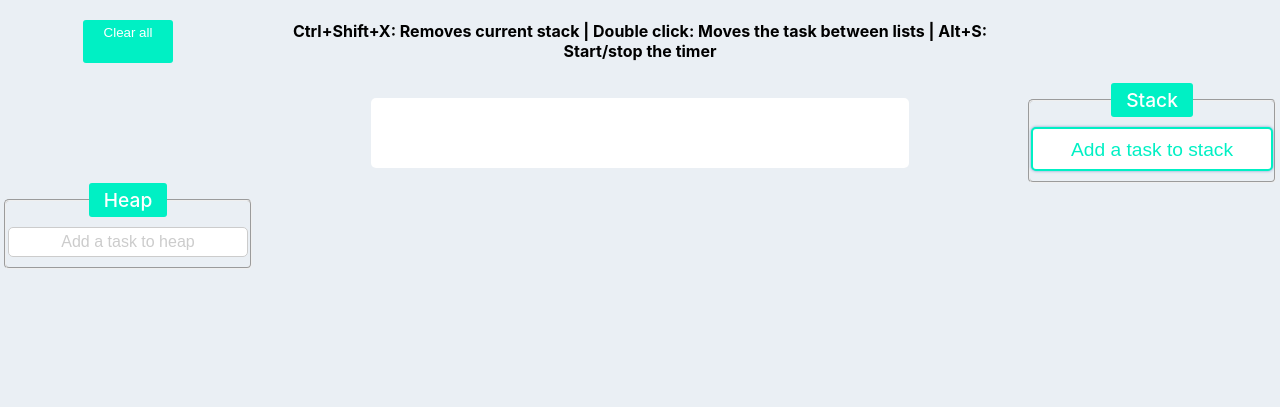
Repository: litalsh/meeting_v1
Page: /
The author's editor kept a copy of each file at every save. The page is drawn from the files as they stood at one save, then again after the next save.
The browser window is 1280 px wide. The pictures show the whole page.
The project was rebuilt for these pictures with package versions that can differ from the ones it lists, and the page was loaded fresh each time. Also part of the build but not shown: src/Task.js.

Above is the page before, as saved 2020-12-13 19:14:57.

### public/index.html
<!DOCTYPE html>
<html lang="en">
  <head>
    <meta charset="utf-8" />
    <meta name="viewport" content="width=device-width, initial-scale=1" />
    <meta name="theme-color" content="#000000" />
    <meta
      name="description"
      content="Web site created using create-react-app"
    />
    <link rel="apple-touch-icon" href="%PUBLIC_URL%/logo192.png" />
    <!--
      manifest.json provides metadata used when your web app is installed on a
      user's mobile device or desktop. See https://developers.google.com/web/fundamentals/web-app-manifest/
    -->
    <link rel="manifest" href="%PUBLIC_URL%/manifest.json" />
    <!--
      Notice the use of %PUBLIC_URL% in the tags above.
      It will be replaced with the URL of the `public` folder during the build.
      Only files inside the `public` folder can be referenced from the HTML.

      Unlike "/favicon.ico" or "favicon.ico", "%PUBLIC_URL%/favicon.ico" will
      work correctly both with client-side routing and a non-root public URL.
      Learn how to configure a non-root public URL by running `npm run build`.
    -->
    <title>Meeting Managment App</title>
  </head>
  <body>
    <noscript>You need to enable JavaScript to run this app.</noscript>
    <div id="root"></div>
    <!--
      This HTML file is a template.
      If you open it directly in the browser, you will see an empty page.

      You can add webfonts, meta tags, or analytics to this file.
      The build step will place the bundled scripts into the <body> tag.

      To begin the development, run `npm start` or `yarn start`.
      To create a production bundle, use `npm run build` or `yarn build`.
    -->
  </body>
</html>

### src/App.js
import React, { useState, useEffect } from "react";
import "./App.css";
import { v4 as uuidv4 } from "uuid";
import Task from "./Task";
import useLocalStorage from './useLocalStorage';

const App = () => {
  const [stack, setStack] = useLocalStorage('stack', []);
  const [heap, setHeap] = useLocalStorage('heap', []);
  const [timer, setTimer] = useState(stack[0] !== undefined ? stack[stack.length - 1].duration * 60 : 0);
  const [isRunning, setIsRunning] = useState(false);

  const newTaskHandler = (event) => {
    if (event.which === 13 && event.target.value !== '') {
      setStack([
        ...stack,
        { id: uuidv4(), type: 'stack', topic: event.target.value, duration: 5 , isDone: false }
      ]);
      event.target.value = '';
    };
  };

  const newHeapHandler = (event) => {
    if (event.which === 13 && event.target.value !== '') {
      setHeap([
        ...heap,
        { id: uuidv4(), type: 'heap', topic: event.target.value, duration: 5, isDone: false }
      ]);
      event.target.value = '';
    };
  };

  const taskRemoveHandler = (id, type) => {
    if(type === 'stack'){
    const taskIndex = stack.findIndex(task => {
      return task.id === id;
    });

    let tempList = [...stack];
    tempList.splice(tempList[taskIndex], 1);
    setStack(tempList);
    if(taskIndex === stack.length - 1 ){
      setIsRunning(false);
      setTimer(stack[stack.length - 1].duration * 60);
    }
  };
    if(type === 'heap'){
      const taskIndex = heap.findIndex(task => {
        return task.id === id;
      });

      let tempList = [...heap];
      tempList.splice(tempList[taskIndex], 1);
      setHeap(tempList)
    };
    return console.log('taskRmoveHandler: ', stack);

  }

  const keyboardRemoveHandler = (e) => {

    if (e.ctrlKey && e.shiftKey && e.which === 88) {
      let tempStack = [...stack];
      tempStack.splice(tempStack.length - 1, 1);
      setStack(tempStack);
      setIsRunning(false);
      setTimer(stack[stack.length - 1].duration * 60);
    }
  }

  const keyboardStartTimerHandler = (e) => {
    if (e.altKey && e.which === 83) {
      !isRunning ? setIsRunning(true) : setIsRunning(false) ;
    }
  }

  useEffect(() => {
    if (document){
      document.addEventListener('keydown', keyboardRemoveHandler);
    }
    return () => {
      document.removeEventListener('keydown', keyboardRemoveHandler);
    }
  }, [stack]);

  useEffect(() => {
    if (document){
      document.addEventListener('keydown', keyboardStartTimerHandler);
      if(isRunning) {
        const id = window.setInterval(() => {
          setTimer(timer => timer-1);
        }, 1000);
        return () => window.clearInterval(id);
      }
    }
    return () => {
      document.removeEventListener('keydown', keyboardStartTimerHandler);
    }
  }, [isRunning])

  // const keyboardCangeListHandler = (e, id, type) => {

  //   if (e.ctrlKey && e.which === 77) {
  //     changeListHandler(id, type);
  //   }
  // }

  const changeListHandler = (id, type) => {
    // move task from stack to heap
    if (type === 'stack') {
      const taskIndex = stack.findIndex(task => {
        return task.id === id;
      });
      setHeap([...heap, { id: stack[taskIndex].id, type: 'heap', topic: stack[taskIndex].topic, duration: stack[taskIndex].duration, isDone: false }]);

      let tempStack = [...stack];
      tempStack.splice(taskIndex, 1);
      setStack(tempStack);
      console.log('change to heap ', stack, '  ', heap)
    };

    // move task from heap to stack
    if (type === 'heap') {
      const taskIndex = heap.findIndex(task => {
        return task.id === id;
      });
      setStack([...stack, { id: heap[taskIndex].id, type: 'stack', topic: heap[taskIndex].topic, duration: heap[taskIndex].duration, isDone: false }]);

      let tempHeap = [...heap];
      tempHeap.splice(taskIndex, 1);
      setHeap(tempHeap);
      console.log('change to stack ', stack, '  ', heap)
    };
  }

  const clearListsHandler = () => {
    setHeap([]);
    setStack([]);
  }

  return (
    <div className="container">
      <button className='clear-btn' onClick={() => clearListsHandler()}>Clear all</button>
      <h4>Ctrl+Shift+X: Removes current stack  |  Double click: Moves the task between lists  |  Alt+S: Start/stop the timer</h4>
      <div className="current-task">
       {stack[0] !== undefined ?  <span>{Math.floor(timer / 60)}:{Math.abs(timer % 60)}</span> : null}
        <h1>{stack[0] !== undefined ? stack[stack.length - 1].topic : null}</h1>
      </div>
      <fieldset className="task-list stack-list">
      <legend>Stack</legend>
        <ul>
          <>
            {console.log('1', stack)}
            {stack[0] !== undefined ? stack.map((task, id) => (
              <Task title={task.topic}
                key={id}
                remove={() => taskRemoveHandler(task.id, task.type)}
                move={() => changeListHandler(task.id, task.type)}
                class={"stack_item"}
                 />
            )) : null}
          </>
        </ul>
        <input type="text" placeholder="Add a task to stack" onKeyDown={newTaskHandler} className='stack-input'  autoFocus aria-flowto='heap-input' />
      </fieldset>

      <fieldset className="task-list heap-list">
        <legend>Heap</legend>
        <input type="text" placeholder="Add a task to heap" onKeyDown={newHeapHandler} className='heap-input'  aria-flowto='stack-input' />
        <ul>
          <>
            {console.log('2', heap)}
            {heap[0] !== undefined ? heap.map((task, id) => (
              <Task title={task.topic}
                key={id}
                remove={() => taskRemoveHandler(task.id, task.type)}
                move={() => changeListHandler(task.id, task.type)}
                class={"heap_item"}/>
            )) : null}
          </>
        </ul>
      </fieldset>
    </div>
  );
};

export default App;

### src/App.css
body{
 background-color:  #eaeff4;
}

h4 {
  text-align: center;
  grid-column: 2/5;
}

.container {
  display: grid;
  grid-template-columns: 20% 20% 20% 20% 20%;
}

.current-task {
  text-align: center;
  height: 70px;
  grid-column: 2/5;
  width: 70%;
  background: #fff;
  margin: 15px auto;
  border-radius: 5px;
  display: flex;
  align-items: center;
  flex-direction: column;
  justify-content: center;
}

.task-list {
  display: flex;
  flex-direction: column;
  align-self: start;
  border-radius: 5px;
  min-height: 4rem;
  padding: 5px 0;
  width: 95%;
  margin: 0 auto;
 }

 .stack-list ul {
   display: flex;
   flex-direction: column-reverse;
   grid-column: 2/5;
 }

 .heap-list ul {
  display: flex;
  flex-direction: row;
  flex-flow: wrap;
  justify-content: space-evenly;
  grid-column: 1/6;
 }

 legend {
  margin: 0 auto;
  font-size: 1.2rem;
  font-weight: 500;
  background-color: #00f0c4;
  padding: 5px 15px;
  color: #fff;
  border-radius: 3px;
 }

ul {
  list-style-type: none;
  margin: 0;
  padding: 0;
}

li {
  border: 1px solid AliceBlue;
  width: 70%;
  line-height: 40px;
  margin: -1px auto;
  position: relative;
  background-color: #fff;
  cursor: pointer;
}

.stack_item {
  width: 98%;
  line-height: 40px;
  margin: 3px auto;
  position: relative;
  text-align: center;
  border-radius: 5px;
}

.heap_item {
  width: 20%;
  line-height: 1.8em;
  margin: 3px auto;
  position: relative;
  text-align: center;
  border-radius: 5px;
  font-size: 1rem;
}

.stack-input {
  border: 2px solid #00f0c4;
  width: 98%;
  line-height: 40px;
  margin: 5px auto;
  position: relative;
  text-align: center;
  border-radius: 5px;
  font-size: 1.3rem;
  padding: 0;
}

.heap-input {
  border: 1px solid #ccc;
  width: 98%;
  line-height: 1.8em;
  margin: 5px auto;
  position: relative;
  text-align: center;
  border-radius: 5px;
  font-size: 1rem;
  padding: 0;
}

.stack-input::placeholder{
  color: #00f0c4;
  font-size: 1.2rem;
}

.heap-input::placeholder{
  color: #ccc;
  font-size: 1rem;
}

.stack-input:focus {
  outline: none !important;
  border: 2px solid #00f0c4;
  box-shadow: 0 0 3px #719ECE;
}

.remove {
  width: 1.5vw;
  height: 1.5vw;
  position: absolute;
  top: 50%;
  right: 10px;
  transform: translateY(-50%);
  border-radius: 50%;
  border: none;
  font-weight: bold;
  color: gray;
  cursor: pointer;
  font-size: 0.8rem;
}

.clear-btn {
  display: flex;
  grid-column: 1/2;
  width: 35%;
  margin: 20px auto;
  justify-content: center;
  border: none;
  background-color: #00f0c4;
  padding: 5px 15px;
  color: #fff;
  border-radius: 3px;
}

### src/useLocalStorage.js
import React, { useState, useEffect } from "react";

const PREFIX = 'meeting-manament-';


const useLocalStorage = (key, initialValue) => {
  const prefixedKey = PREFIX + key
  const [value, setValue] = useState(() => {
    const jsonValue = localStorage.getItem(prefixedKey)
    if (jsonValue != null) return JSON.parse(jsonValue)
    if (typeof initialValue === 'function') {
      return initialValue()
    } else {
      return initialValue
    }
  })

  useEffect(() => {
    localStorage.setItem(prefixedKey, JSON.stringify(value))
  }, [prefixedKey, value])

  return [value, setValue]
}


export default useLocalStorage;

Loaded but not shown: src/index.js (common file); src/index.css (common file); src/reportWebVitals.js (common file)

After the next save:
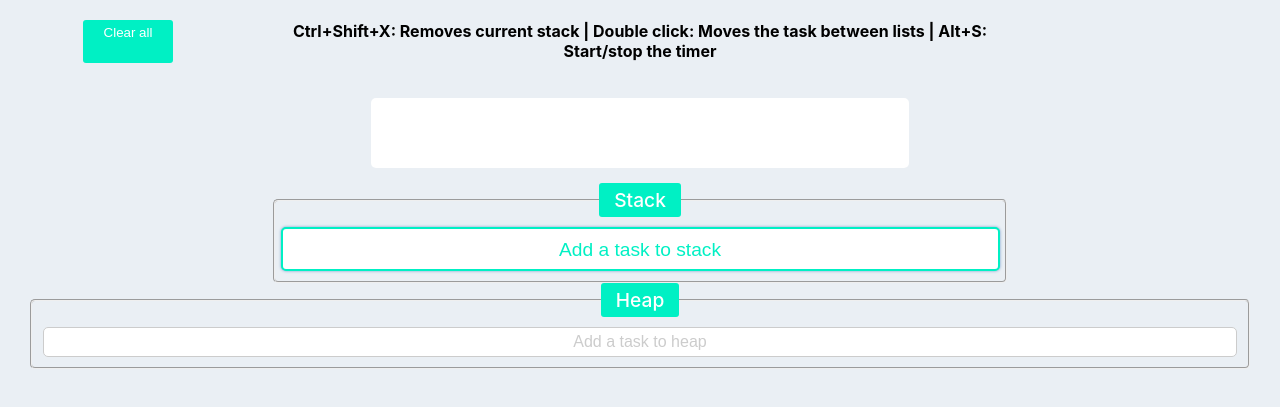
Saved 66 s later.
--- a/src/App.css
+++ b/src/App.css
@@ -37,13 +37,13 @@ h4 {
   margin: 0 auto;
  }
 
- .stack-list ul {
+ .stack-list {
    display: flex;
    flex-direction: column-reverse;
    grid-column: 2/5;
  }
 
- .heap-list ul {
+ .heap-list {
   display: flex;
   flex-direction: row;
   flex-flow: wrap;
